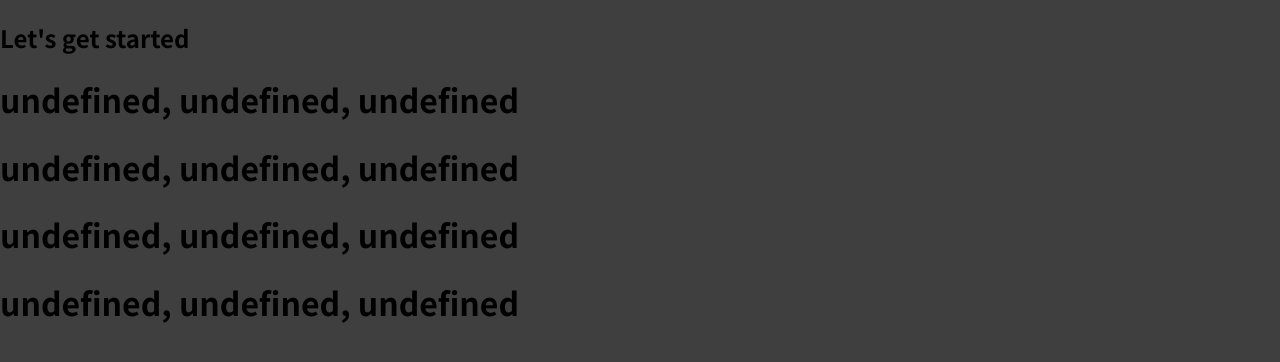
Repository: runner855/expense-tracker
Page: /
An editor plug-in stored every save of this project. The page is shown before and after the next save, followed by the edit.
The browser window is 1280 px wide. The pictures show the whole page.
The project was rebuilt for these pictures with package versions that can differ from the ones it lists, and the page was loaded fresh each time. Also part of the build but not shown: src/styles/ExpenseItem.css.

Above is the page before, as saved 2022-09-02 12:39:49.

After the next save:
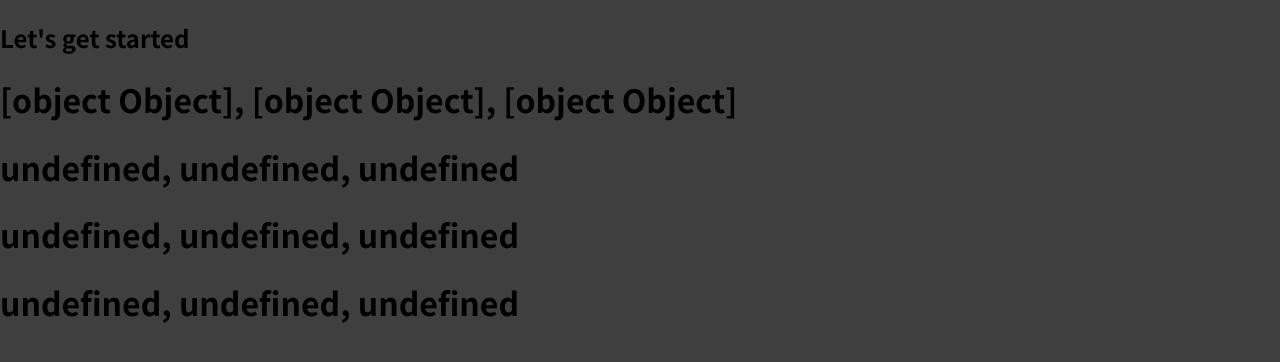
Saved 51 s later.
--- a/src/components/App.js
+++ b/src/components/App.js
@@ -11,7 +11,7 @@ const App = (props) => {
   return (
     <div className="App">
       <h2>Let's get started</h2>
-      <ExpenseItem date={props.expenses.date} title={props.title} amount={props.amount} />
+      <ExpenseItem date={props} title={props} amount={props} />
       <ExpenseItem />
       <ExpenseItem />
       <ExpenseItem />
